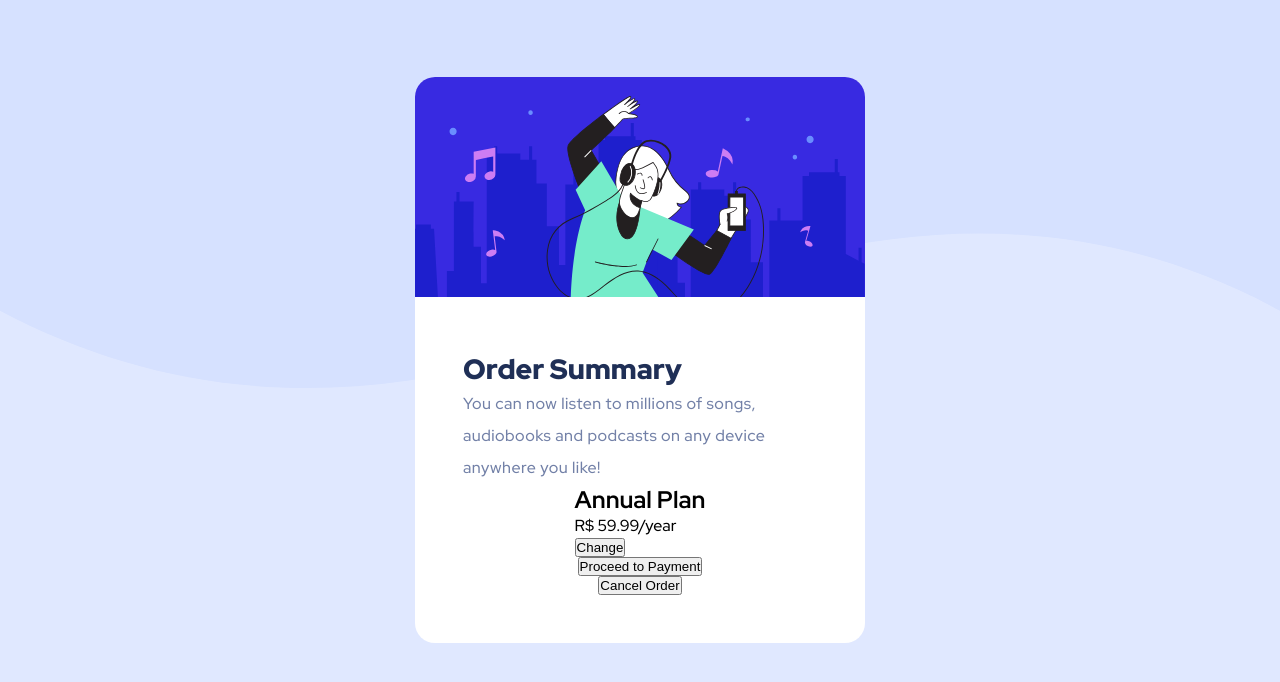
Repository: gccavalheiro/order-summary-card
Page: index.html
These files come from the project's save history. The page is drawn as it stood at one moment and after the next save; the edit follows.
The browser window is 1280 px wide. The pictures show the whole page.

Above is the page before, as saved 2021-12-17 02:08:41.

### index.html
<!DOCTYPE html>
<html lang="en">

<head>
  <meta charset="UTF-8" />
  <meta http-equiv="X-UA-Compatible" content="IE=edge" />
  <meta name="viewport" content="width=device-width, initial-scale=1.0" />
  <link rel="preconnect" href="https://fonts.googleapis.com">
  <link rel="preconnect" href="https://fonts.gstatic.com" crossorigin>
  <link href="https://fonts.googleapis.com/css2?family=Red+Hat+Display:wght@500;700;900&display=swap" rel="stylesheet">
  <link rel="icon" type="image/png" sizes="32x32" href="./images/favicon-32x32.png" />
  <title>Frontend Mentor | Order summary card</title>
  <link rel="stylesheet" href="./assets/css/main.css" />
</head>

<body>
  <main>
    <div class="card">
      <div class="card-header">
        <img src="./assets/images/illustration-hero.svg" alt="Illustration Woman">
      </div>
      <div class="card-body">
        <div class="card-info">
          <h1>Order Summary</h1>
          <p>You can now listen to millions of songs,
            audiobooks and podcasts on any device
            anywhere you like! </p>
        </div>
        <div class="card-plan">
          <div class="card-plan-detail">
            <div class="card-plan-icon-detail"></div>
            <div class="card-plan-info-detail">
              <h2>Annual Plan</h2>
              <p>R$ 59.99/year</p>
            </div>
          </div>
          <button class="card-plan-button">Change</button>
        </div>
        <button class="card-button-payment">Proceed to Payment</button>
        <button class="card-button-cancel">Cancel Order</button>
      </div>
    </div>
  </main>
</body>

</html>

### assets/css/main.css
:root {
  --primary-pale-blue: hsl(225, 100%, 94%);
  --secondary-bright-blue: hsl(245, 75%, 52%);
  --very-pale-blue:hsl(225, 100%, 98%);
  --desaturated-blue: hsl(224, 23%, 55%);
  --dark-blue: hsl(223, 47%, 23%);
  --variant-blue: hsl(245, 83%, 68%);
  --white: hsl(0, 0%, 100%);
}

* {
  margin: 0;
  padding: 0;
  outline: 0;
  box-sizing: border-box;
  text-rendering: optimizeLegibility;
  -webkit-font-smoothing: antialiased;
  -moz-osx-font-smoothing: grayscale;
}


body {
  font-family: 'Red Hat Display', sans-serif;
  font-size: 1rem;
  background-color: var(--primary-pale-blue);
  background-image: url('../images/pattern-background-desktop.svg');
  background-repeat: no-repeat;
  background-position: top center;
  background-size: contain;
}

img {
  width: 100%;
}

main {
  display: flex;
  align-items: center;
  justify-content: center;
  width: 100%;
  height: 100vh;
}

.card {
  display: flex;
  flex-direction: column;
  width: 100%;
  max-width: 450px;
  border-radius: 20px;
  background-color: var(--white);
}

.card-header {
  width: 100%;
  border-top-left-radius: 20px;
  border-top-right-radius: 20px;
  overflow: hidden;
}

.card-body {
  display: flex;
  flex-direction: column;
  align-items: center;
  padding: 48px;
}

.card-info h1{
  font-size: 1.75rem;
  color: var(--dark-blue);
  font-weight: 900;
}

.card-info p{
  font-size: 1rem;
  color: var(--desaturated-blue);
  font-weight: 500;
  letter-spacing: 0.03em;
  line-height: 2;
}



.card-plan{}
.card-plan-detail{}
.card-plan-icon-detail{}
.card-plan-info-detail{}
.card-plan-button{}
.card-button-payment{}
.card-button-cancel{}

After the next save:
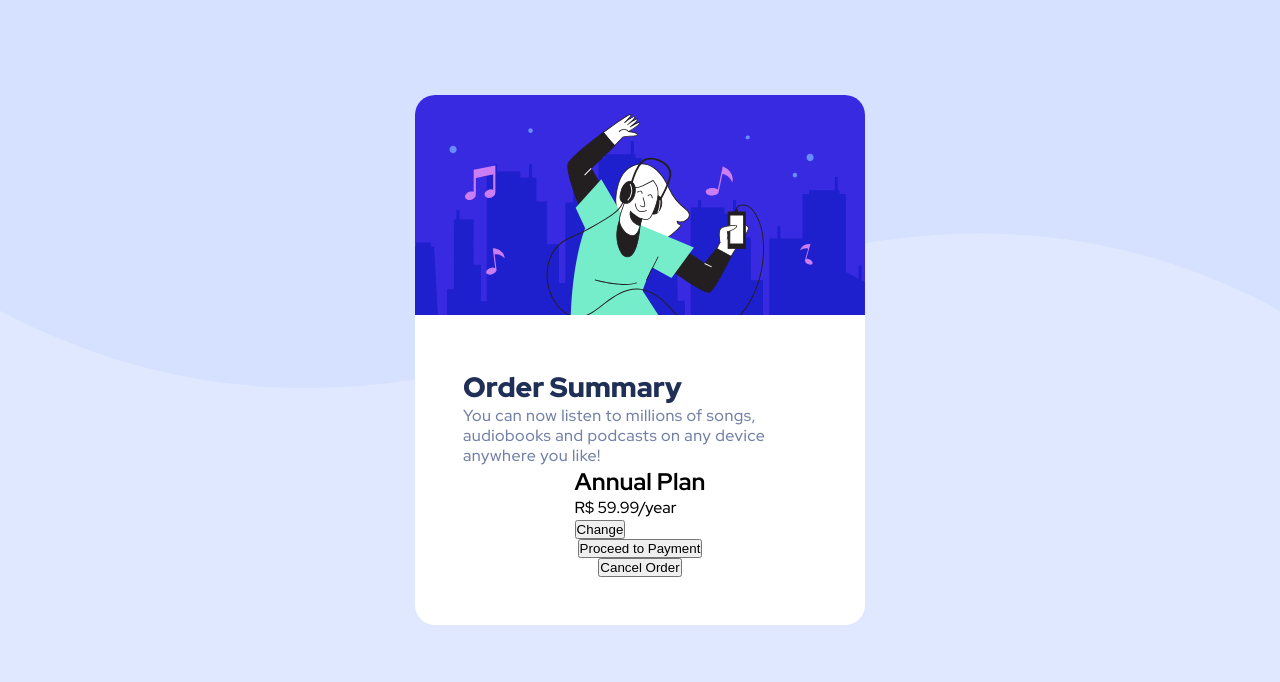
Saved 4 s later.
--- a/assets/css/main.css
+++ b/assets/css/main.css
@@ -75,7 +75,7 @@
   color: var(--desaturated-blue);
   font-weight: 500;
   letter-spacing: 0.03em;
-  line-height: 2;
+  line-height: 20px;
 }
 
 

After the save that followed:
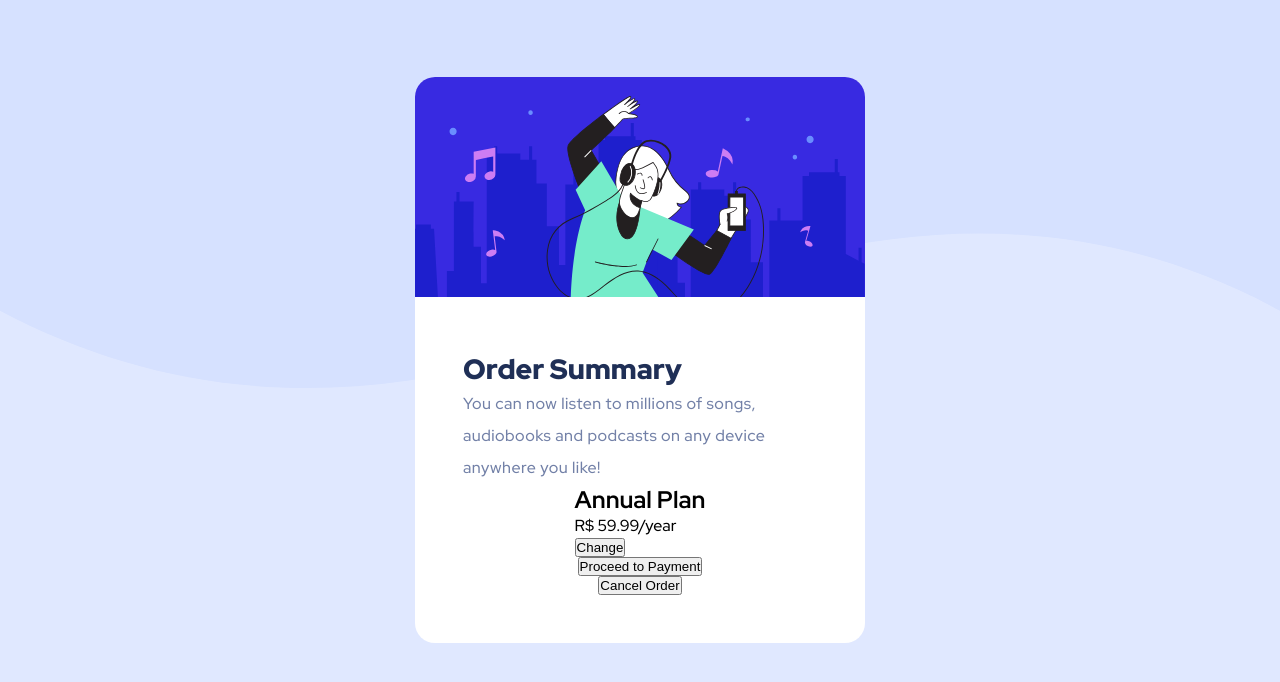
Saved 4 s later.
--- a/assets/css/main.css
+++ b/assets/css/main.css
@@ -75,7 +75,7 @@
   color: var(--desaturated-blue);
   font-weight: 500;
   letter-spacing: 0.03em;
-  line-height: 20px;
+  line-height: 2;
 }
 
 
